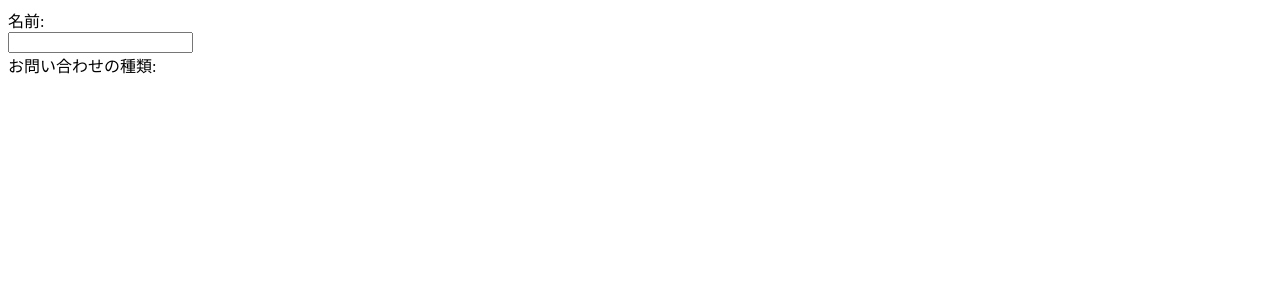
Repository: KeisukeNakamura038/test
Page: http://localhost/HelloServlet/inquiry.jsp
The author's editor kept a copy of each file at every save. The page is drawn from the files as they stood at one save, then again after the next save.
The browser window is 1280 px wide. The pictures show the whole page.
The page is served by Tomcat 9. Other server files are loaded and not shown.

Above is the page before, as saved 2019-10-30 05:34:50.

### HelloServlet/WebContent/inquiry.jsp
<%@ page language="java" contentType="text/html; charset=UTF-8"
    pageEncoding="UTF-8"%>
<!DOCTYPE html>
<html>
<head>
<meta charset=UTF-8>
<title>お問い合わせフォーム</title>
</head>
<body>
<form method="post" action="InquityServlet">
名前:<br><input type="text" name="name"><br>
お問い合わせの種類:<br> <select name="qtype></select>
	<op</form>
</body>
</html>

After the next save:
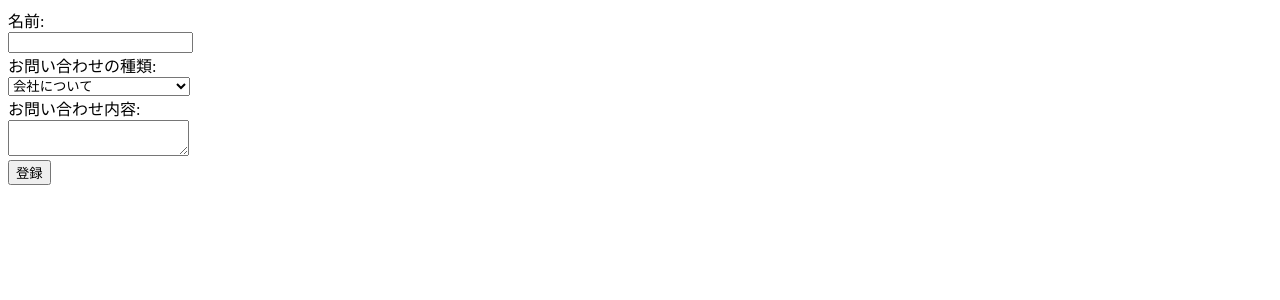
Saved 9 min 31 s later.
--- a/HelloServlet/WebContent/inquiry.jsp
+++ b/HelloServlet/WebContent/inquiry.jsp
@@ -9,7 +9,14 @@
 <body>
 <form method="post" action="InquityServlet">
 名前:<br><input type="text" name="name"><br>
-お問い合わせの種類:<br> <select name="qtype></select>
-	<op</form>
+お問い合わせの種類:<br> <select name="qtype">
+	<option value="company">会社について</option>
+	<option value="product">製品について</option>
+	<option value="support">アフターサポートについて</option>
+	</select><br>お問い合わせ内容:<br>
+	<textarea name="body">
+</textarea>
+	<br><input type="submit" value="登録">
+	</form>
 </body>
 </html>
